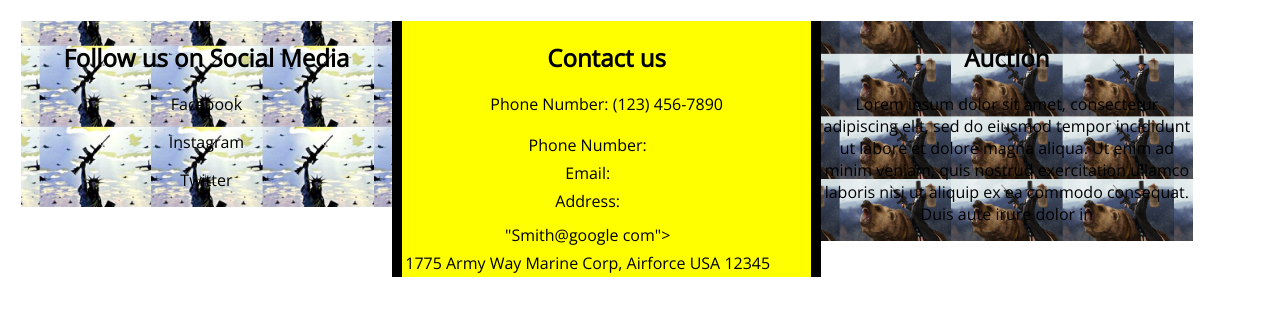
Repository: 3EyEdRav3n/10-2020-cohort-course
Page: week-1/Week-1 Assignment/index.html
The author's editor kept a copy of each file at every save. The page is drawn from the files as they stood at one save, then again after the next save.
The browser window is 1280 px wide. The pictures show the whole page.

Above is the page before, as saved 2020-11-01 21:43:50.

After the next save:
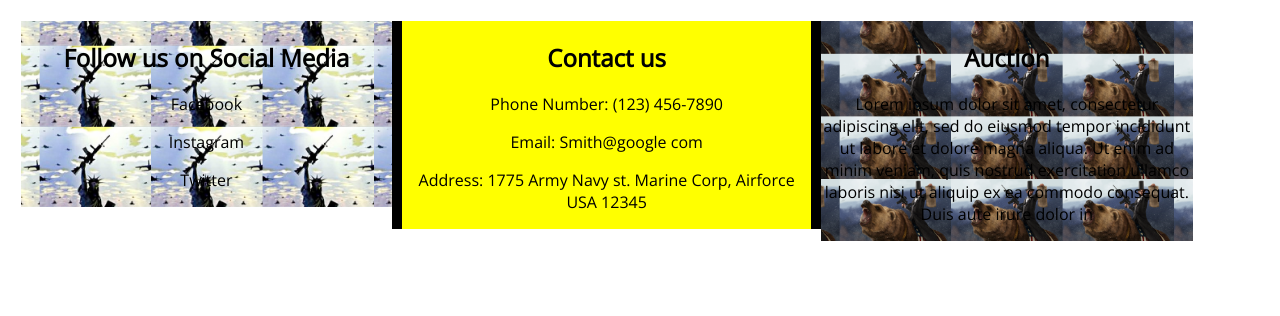
Saved 2 min 45 s later.
--- a/week-1/Week-1 Assignment/index.html
+++ b/week-1/Week-1 Assignment/index.html
@@ -26,31 +26,11 @@
 
       <div class="center-col">
         <h2>Contact us</h2>
-        <table class="contact">
-          <p>
-            Phone Number:
-(123) 456-7890
-          </p>
-          <thead>
-            <tr>
-              <td>Phone Number:</td>
-              <tr></tr>
-              <td>Email:</td>
-              <tr></tr>
-              <td>Address:</td>
-              <tr></tr>
-            </tr>
-          </thead>
-          <tbody>
-            <tr>
-              <td></td>
-              <tr></tr>
-              <td>"Smith@google com"></td>
-              <tr></tr>
-              <td>1775 Army Way Marine Corp, Airforce USA 12345</td>
-            </tr>
-          </tbody>
-        </table>
+        <p class="ph">Phone Number: (123) 456-7890</p>
+        <p class="em">Email: Smith@google com</p>
+        <p class="add">
+          Address: 1775 Army Navy st. Marine Corp, Airforce USA 12345
+        </p>
       </div>
       <div class="right-col">
         <h2>Auction</h2>
